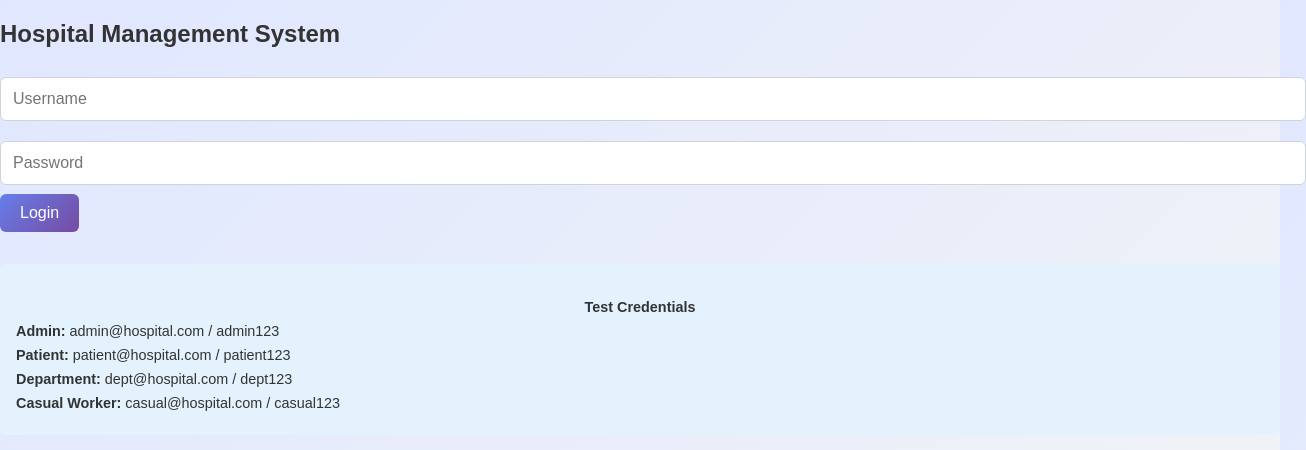
Repository: Ndegwa2/Kenyatta
Page: / (app in hospital-system/frontend/)
These files come from the project's save history. The page is drawn as it stood at one moment and after the next save; the edit follows.
The browser window is 1280 px wide. The page is 1306 px wide, then 1280 px, so the pictures cover 1306 px, including what lies to the right of the window. The pictures show the whole page.
The project was rebuilt for these pictures with package versions that can differ from the ones it lists, and the page was loaded fresh each time. Also part of the build but not shown: hospital-system/frontend/src/components/Navbar.jsx, hospital-system/frontend/src/components/Sidebar.jsx, hospital-system/frontend/src/services/api.js, hospital-system/frontend/src/components/PatientProfile.jsx, hospital-system/frontend/src/components/AppointmentScheduler.jsx, hospital-system/frontend/src/components/AppointmentList.jsx, hospital-system/frontend/src/pages/PatientDashboard.css, hospital-system/frontend/src/pages/PatientDashboard.jsx and 6 more.

Above is the page before, as saved 2025-10-21 20:20:51.

After the next save:
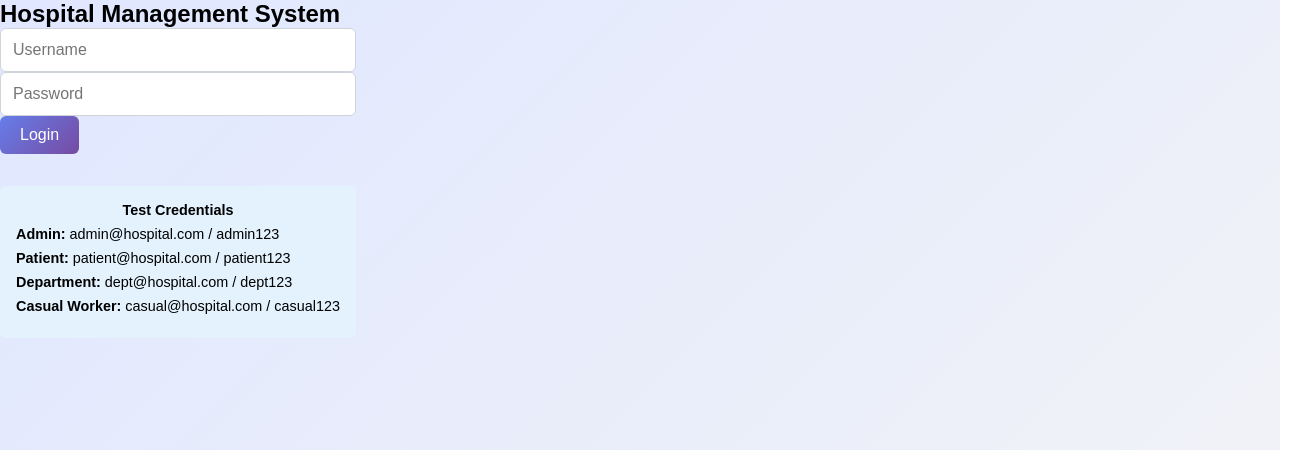
Saved 110 s later.
--- a/hospital-system/frontend/src/App.css
+++ b/hospital-system/frontend/src/App.css
@@ -1,58 +1,46 @@
-/* ===== Base Layout ===== */
-html, body {
-  width: 100vw;
-  height: 100vh;
+/* Reset default browser spacing */
+* {
   margin: 0;
   padding: 0;
+  box-sizing: border-box;
 }
 
+/* Full-screen layout */
 body {
   font-family: "Poppins", sans-serif;
   background: linear-gradient(135deg, #e0e7ff, #f3f4f6);
-  color: #333;
   display: flex;
-  flex-direction: column;
+  height: 100vh;
+  overflow: hidden;
 }
 
-/* Dashboard Layout */
-.dashboard {
-  display: flex;
-  flex: 1;
-  width: 100%;
-}
-
-.content {
-  display: flex;
-  flex: 1;
-  width: 100%;
-}
-
-/* ===== Sidebar ===== */
+/* Sidebar */
 .sidebar {
-  width: 250px;
-  background: rgba(255, 255, 255, 0.4);
+  flex: 0 0 250px;
+  background: rgba(255, 255, 255, 0.35);
   backdrop-filter: blur(15px);
-  box-shadow: 2px 0 20px rgba(0, 0, 0, 0.1);
+  box-shadow: 2px 0 15px rgba(0, 0, 0, 0.1);
+  border-right: 1px solid rgba(255, 255, 255, 0.2);
   padding: 2rem 1rem;
   display: flex;
   flex-direction: column;
-  border-right: 1px solid rgba(255, 255, 255, 0.2);
+  justify-content: flex-start;
 }
 
 .sidebar h1 {
   font-size: 1.5rem;
   color: #4f46e5;
-  margin-bottom: 1.5rem;
+  margin-bottom: 2rem;
+  line-height: 1.2;
   text-align: center;
 }
 
 .sidebar ul {
   list-style: none;
-  padding: 0;
 }
 
 .sidebar li {
-  padding: 10px 0;
+  margin: 1rem 0;
   font-weight: 500;
   cursor: pointer;
   color: #444;
@@ -64,18 +52,22 @@ body {
   transform: translateX(5px);
 }
 
-/* ===== Main Content ===== */
-main {
+/* Main Content Section */
+.main-content {
   flex: 1;
+  background: linear-gradient(135deg, #eef2ff, #e0e7ff);
   padding: 2rem 3rem;
   overflow-y: auto;
-  width: 100%;
+  display: flex;
+  flex-direction: column;
 }
 
+/* Header */
 header {
   display: flex;
   justify-content: space-between;
   align-items: center;
+  margin-bottom: 1.5rem;
 }
 
 header h2 {
@@ -83,77 +75,47 @@ header h2 {
   color: #111;
 }
 
-button.cancel-btn {
-  background: linear-gradient(135deg, #a78bfa, #6366f1);
+button.add-btn {
+  background: linear-gradient(135deg, #6366f1, #8b5cf6);
   color: white;
   border: none;
+  border-radius: 10px;
   padding: 10px 18px;
-  border-radius: 10px;
   font-weight: 600;
   cursor: pointer;
   transition: 0.3s;
 }
 
-button.cancel-btn:hover {
+button.add-btn:hover {
+  background: linear-gradient(135deg, #4f46e5, #7c3aed);
   transform: scale(1.05);
-  background: linear-gradient(135deg, #818cf8, #4f46e5);
 }
 
-/* ===== Form Card ===== */
-.form-card, .worker-card {
-  background: rgba(255, 255, 255, 0.75);
-  border-radius: 20px;
-  padding: 1.5rem;
-  box-shadow: 0 10px 30px rgba(0, 0, 0, 0.1);
-  margin-bottom: 1.5rem;
-  backdrop-filter: blur(20px);
-  border: 1px solid rgba(255, 255, 255, 0.3);
+/* Cards (for worker list) */
+.worker-card {
+  background: rgba(255, 255, 255, 0.8);
+  border-radius: 16px;
+  padding: 1.2rem;
+  margin-bottom: 1rem;
+  box-shadow: 0 6px 20px rgba(0, 0, 0, 0.08);
+  border-left: 5px solid #6366f1;
+  transition: transform 0.2s ease;
 }
 
-.form-card h3 {
-  color: #4f46e5;
-  margin-bottom: 1rem;
+.worker-card:hover {
+  transform: translateY(-3px);
 }
 
-input, textarea {
-  width: 100%;
-  padding: 0.8rem;
-  margin: 0.6rem 0;
-  border: 1px solid #d1d5db;
-  border-radius: 10px;
-  outline: none;
-  font-size: 1rem;
-  transition: 0.3s;
+/* Scrollbar aesthetic */
+::-webkit-scrollbar {
+  width: 8px;
 }
 
-input:focus {
-  border-color: #6366f1;
-  box-shadow: 0 0 8px rgba(99, 102, 241, 0.4);
+::-webkit-scrollbar-thumb {
+  background: #a5b4fc;
+  border-radius: 10px;
 }
 
-button.add-btn {
-  background: linear-gradient(135deg, #6366f1, #8b5cf6);
-  color: white;
-  border: none;
-  border-radius: 10px;
-  padding: 10px 20px;
-  font-size: 1rem;
-  cursor: pointer;
-  transition: all 0.3s ease;
+::-webkit-scrollbar-thumb:hover {
+  background: #818cf8;
 }
-
-button.add-btn:hover {
-  transform: scale(1.05);
-  background: linear-gradient(135deg, #4f46e5, #7c3aed);
-}
-
-/* ===== Worker List ===== */
-.worker-card h4 {
-  color: #111;
-  font-weight: 600;
-}
-
-.worker-card p {
-  color: #555;
-  margin-top: 5px;
-}
